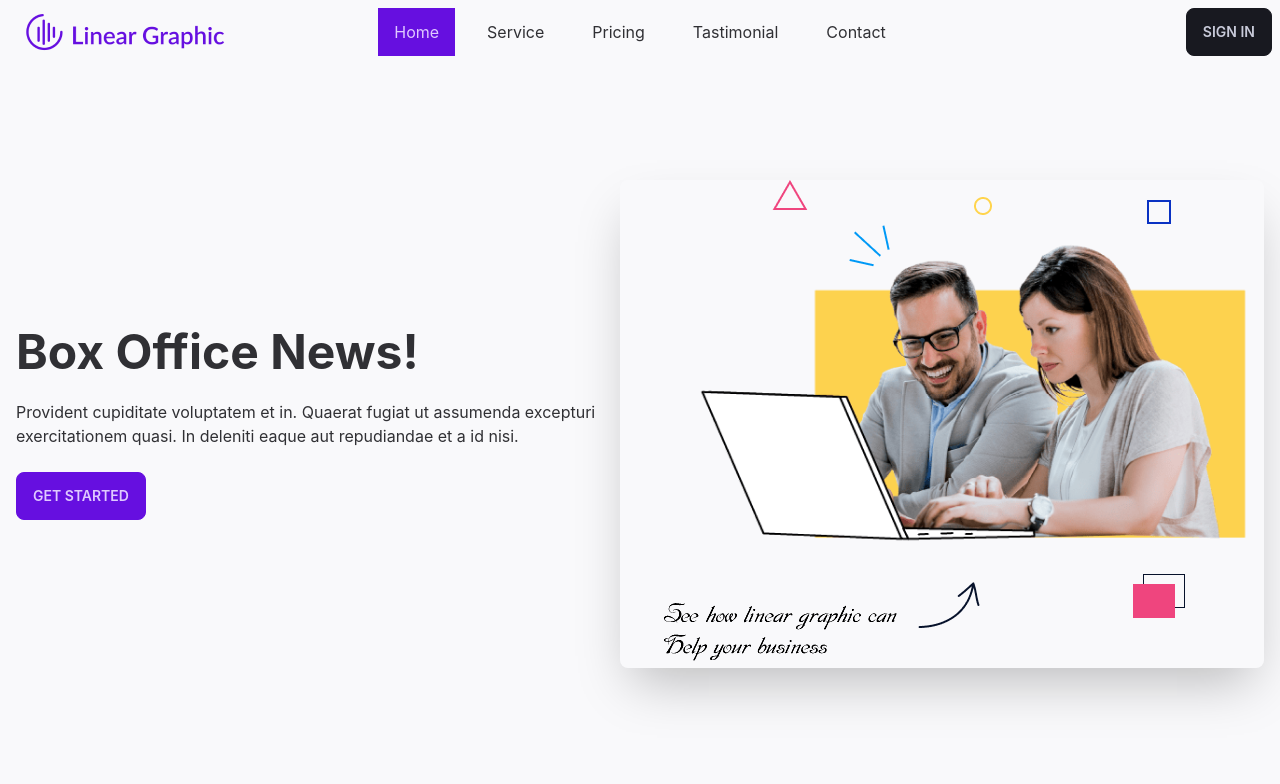
Repository: mdtamizuddin/Linear-Graphic
Page: /
These files come from the project's save history. The page is drawn as it stood at one moment and after the next save; the edit follows.
The browser window is 1280 px wide. The pictures show the whole page.
The project was rebuilt for these pictures with package versions that can differ from the ones it lists, and the page was loaded fresh each time. Also part of the build but not shown: src/Components/User/Social.js, src/Components/User/Login.js, src/Components/User/Signup.js.

Above is the page before, as saved 2022-05-28 02:58:06.

After the next save:
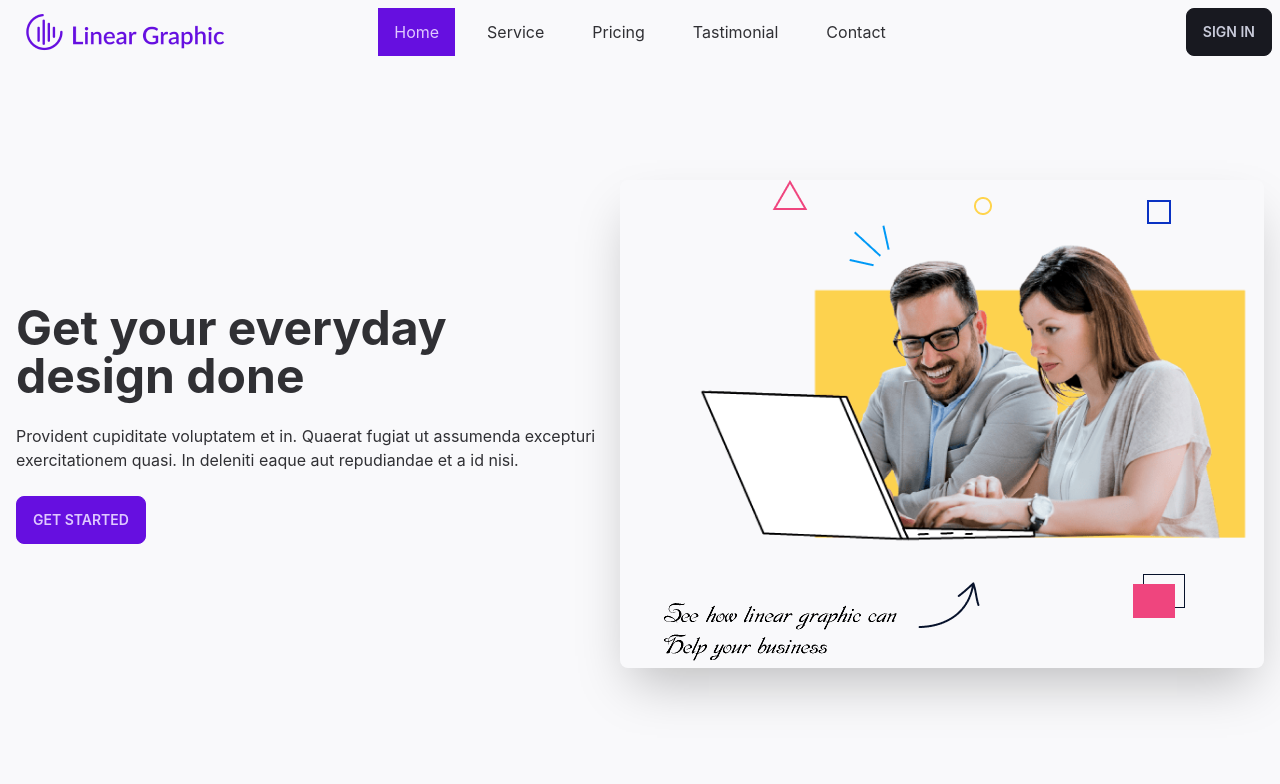
Saved 15 min 10 s later.
--- a/src/Components/Home/Header.js
+++ b/src/Components/Home/Header.js
@@ -7,7 +7,7 @@ const Header = () => {
                 <div className="hero-content flex-col lg:flex-row-reverse">
                     <img src={heroimg} className="max-w-lgm rounded-lg shadow-2xl" />
                     <div>
-                        <h1 className="text-5xl font-bold">Box Office News!</h1>
+                        <h1 className="text-5xl font-bold">Get your everyday design done</h1>
                         <p className="py-6">Provident cupiditate voluptatem et in. Quaerat fugiat ut assumenda excepturi exercitationem quasi. In deleniti eaque aut repudiandae et a id nisi.</p>
                         <button className="btn btn-primary">Get Started</button>
                     </div>
